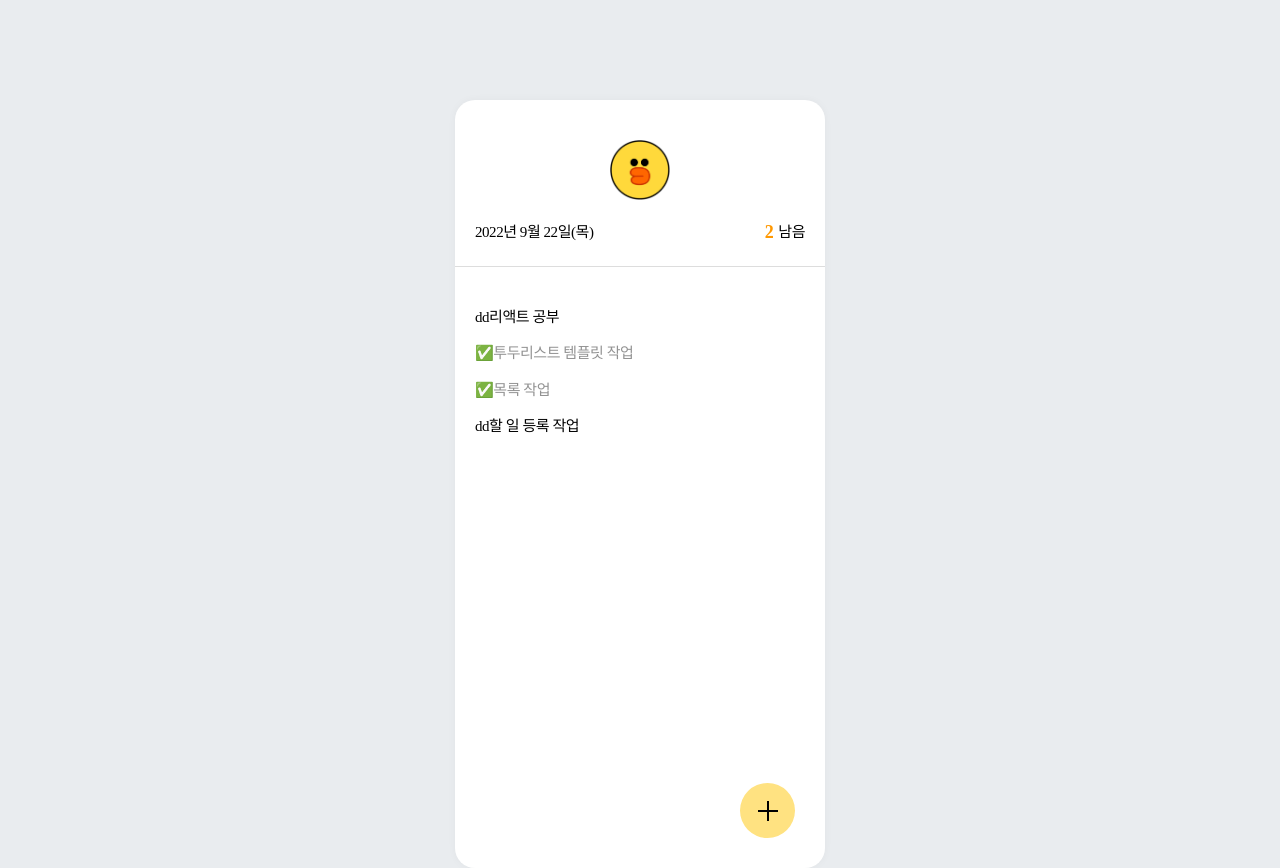
Repository: kwak0630/react-todo
Page: /
An editor plug-in stored every save of this project. The page is shown before and after the next save, followed by the edit.
The browser window is 1280 px wide. The pictures show the whole page.
The project was rebuilt for these pictures with package versions that can differ from the ones it lists, and the page was loaded fresh each time.

Above is the page before, as saved 2022-09-23 08:57:22.

After the next save:
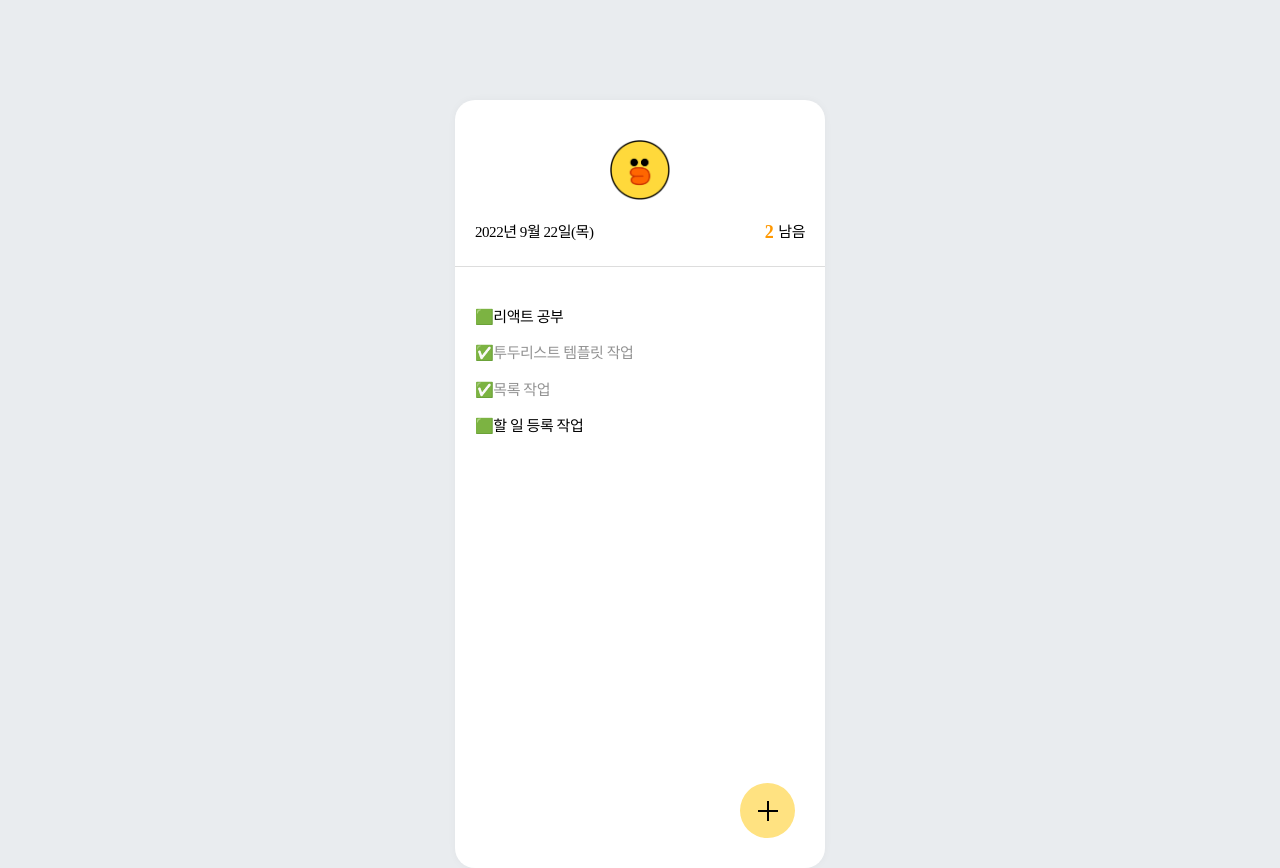
Saved 71 s later.
--- a/src/components/TodoItem.js
+++ b/src/components/TodoItem.js
@@ -39,7 +39,7 @@
         <TodoItemBlock>
             {/* <Check done={done}>✅</Check> */}
             <div className="check" done={done}>
-            {done ? '✅' : 'dd'}
+            {done ? '✅' : '🟩'}
             {/* {done && '✅'} */}
             </div>
             <Text done={done}>
